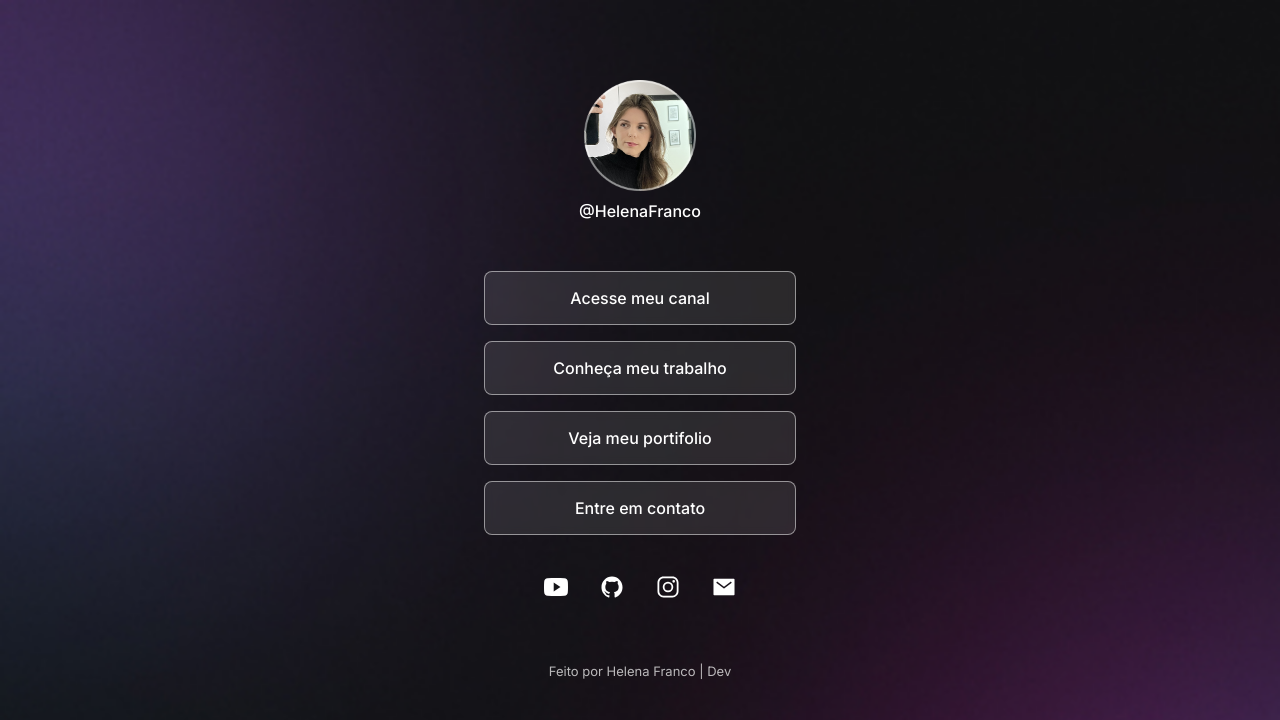
Repository: Fr4nc021/Pagina-de-links-
Page: index.html
An editor plug-in stored every save of this project. The page is shown before and after the next save, followed by the edit.
The browser window is 1280 px wide. The pictures show the whole page.

Above is the page before, as saved 2025-02-13 20:56:59.

After the next save:
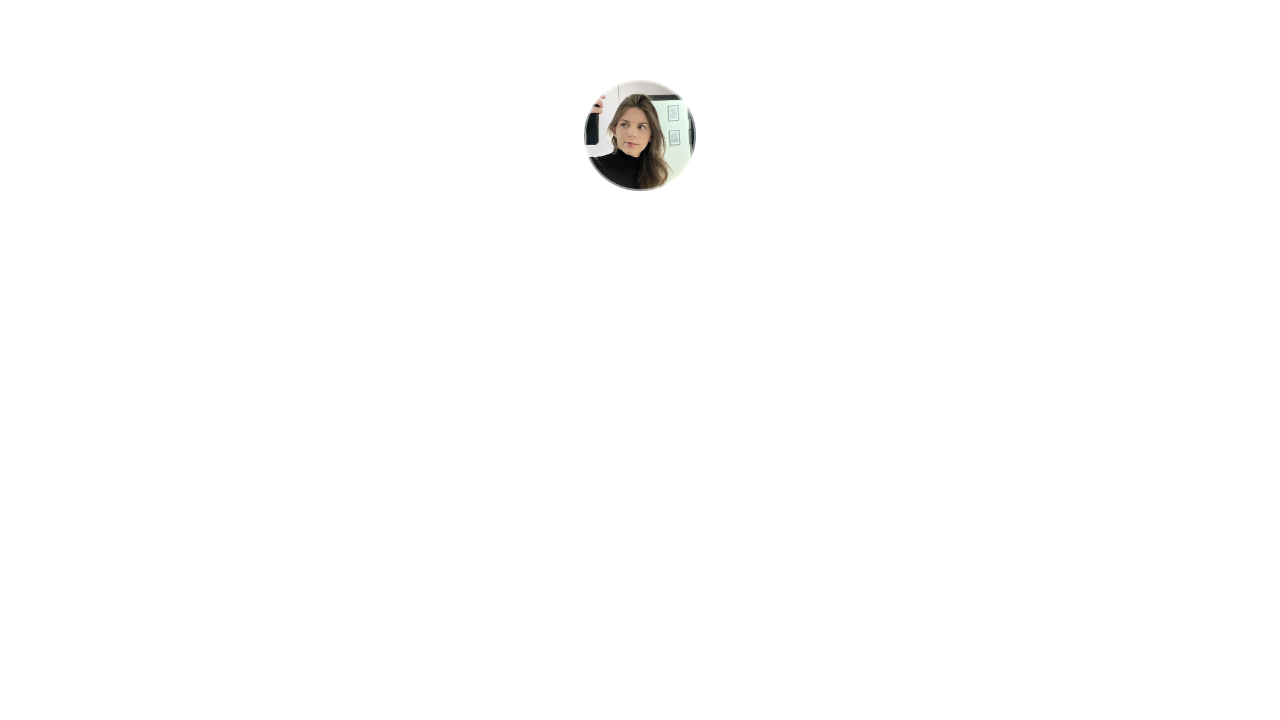
Saved 48 s later.
--- a/style.css
+++ b/style.css
@@ -14,7 +14,7 @@
 }
 
 body {
-background: url(./assets/bg-mobile.jpg) no-repeat top center/cover;
+background:    --var(--bg-url) no-repeat top center/cover;
 }
 
 body * {
